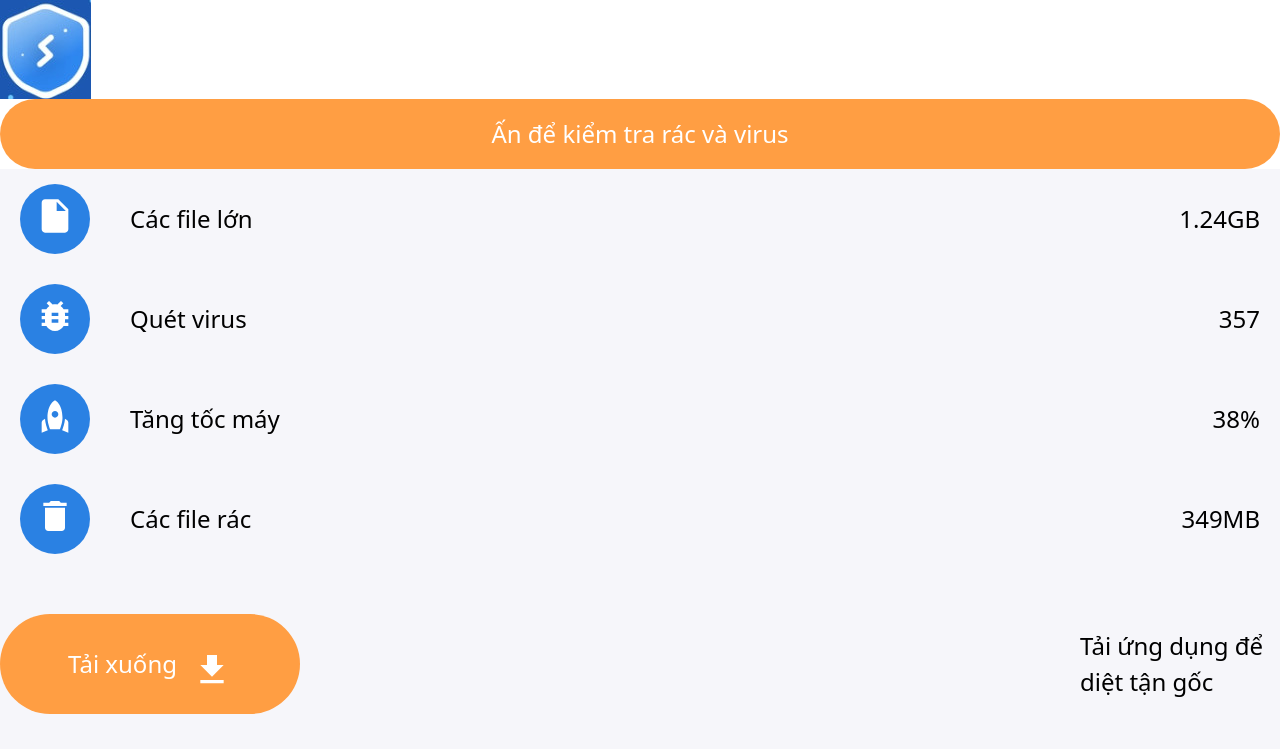
Repository: Kiendz3202/anti-virus-landingpage-mobile
Page: /, after clicking the first element matching `div.flex`
The author's editor kept a copy of each file at every save. The page is drawn from the files as they stood at one save, then again after the next save.
The browser window is 1280 px wide. The pictures show the whole page.
The project was rebuilt for these pictures with package versions that can differ from the ones it lists, and the page was loaded fresh each time. The framework's server and built-in components were replaced by stand-ins that run in the browser. Also part of the build but not shown: next.config.js.

Above is the page before, as saved 2023-01-07 14:04:58.

After the next save:
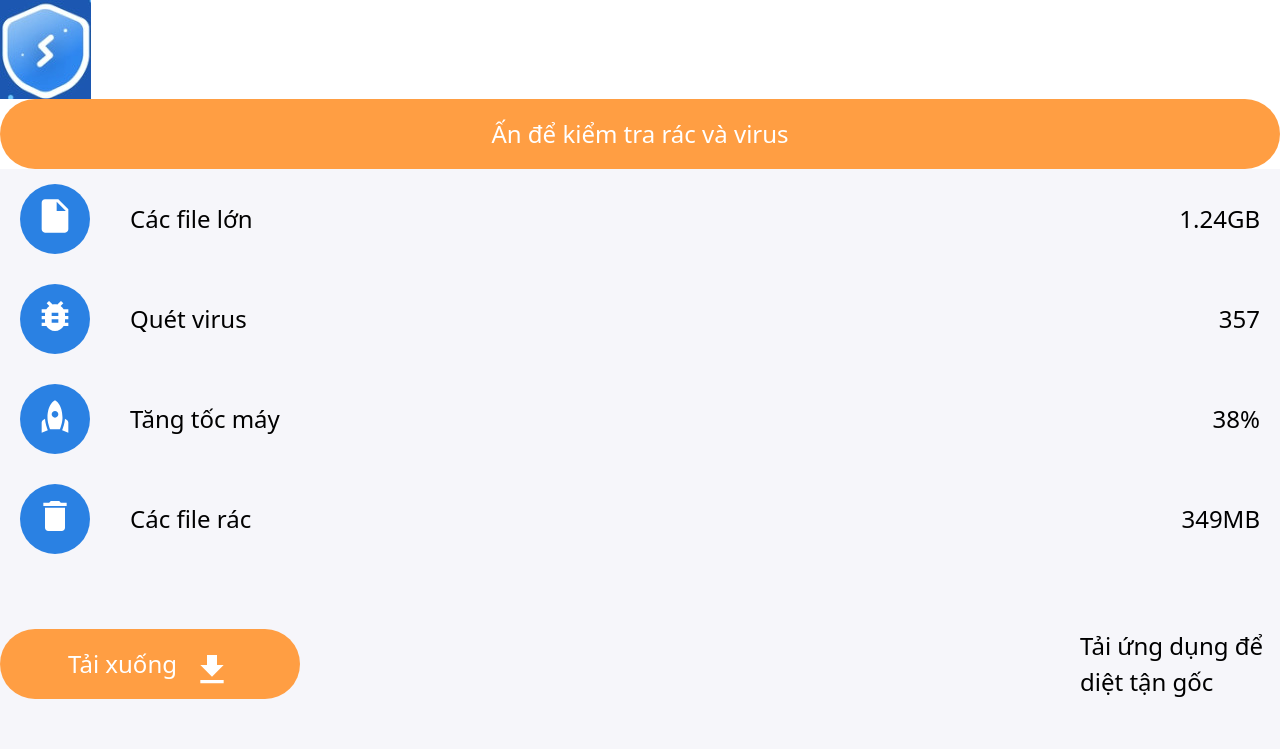
Saved 5 s later.
--- a/components/ScanResult.js
+++ b/components/ScanResult.js
@@ -73,7 +73,7 @@
 			</div>
 			{/* Tai ung dung   */}
 			<div className="flex justify-between  h-[14rem] items-center text-[2.4rem] font-medium mt-[4rem] pb-[3rem]">
-				<div className="flex items-center justify-center bg-[#FF9E43] text-white rounded-full w-[30rem] h-[10rem] ">
+				<div className="flex items-center justify-center bg-[#FF9E43] text-white rounded-full w-[30rem] h-[7rem] ">
 					<div>Tải xuống</div>
 					<div>
 						<FileDownloadIcon
